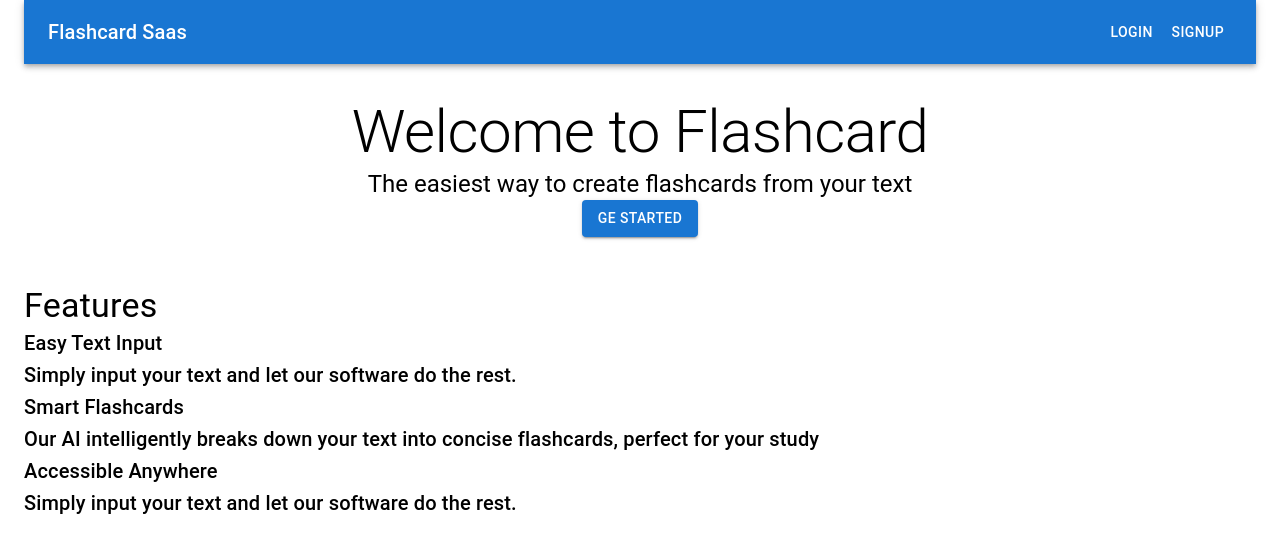
Repository: rakeshpuppala2590/AI-Flashcards-Stripe
Page: /
These files come from the project's save history. The page is drawn as it stood at one moment and after the next save; the edit follows.
The browser window is 1280 px wide. The pictures show the whole page.
The page's requests for data from a server got no answer. The project was rebuilt for these pictures with package versions that can differ from the ones it lists, and the page was loaded fresh each time. Some packages were replaced by stand-ins written for this rebuild. The framework's server and built-in components were replaced by stand-ins that run in the browser. No one was signed in, and anything a server would have sent is missing. Also part of the build but not shown: next.config.mjs.

Above is the page before, as saved 2024-08-12 14:53:48.

### src/app/page.js
import getStripe from "../../utils/get-stripe";
import { SignedIn, SignedOut, UserButton } from "@clerk/nextjs";
import Head from "next/head";
import {
  Grid,
  AppBar,
  Button,
  Container,
  Toolbar,
  Typography,
  Box,
} from "@mui/material";

export default function Home() {
  return (
    <Container maxWidth="100vW">
      <Head>
        <title>Flashcard Saas</title>
        <meta
          name="description"
          content="create flashcard from your text"
        ></meta>
      </Head>

      <AppBar position="static">
        <Toolbar>
          <Typography variant="h6" style={{ flexGrow: 1 }}>
            Flashcard Saas
          </Typography>
          <SignedOut>
            <Button color="inherit">Login</Button>
            <Button color="inherit">SignUp</Button>
          </SignedOut>
          <SignedIn>
            <Button>Logout</Button>
          </SignedIn>
        </Toolbar>
      </AppBar>

      <Box
        sx={{
          textAlign: "center",
          my: 4,
        }}
      >
        <Typography variant="h2">Welcome to Flashcard</Typography>
        <Typography variant="h5">
          {" "}
          The easiest way to create flashcards from your text
        </Typography>
        <Button variant="contained" color="primary">
          Ge Started
        </Button>
      </Box>
      <Box sx={{ my: 6 }}>
        <Typography variant="h4" components={"h2"}>
          Features
        </Typography>
        <Grid>
          <Grid item xs={12} md={4}>
            <Typography variant="h6">Easy Text Input</Typography>
            <Typography variant="h6"> </Typography>
            <Typography variant="h6">
              Simply input your text and let our software do the rest.
            </Typography>
          </Grid>
          <Grid item xs={12} md={4}>
            <Typography variant="h6">Smart Flashcards</Typography>
            <Typography variant="h6"> </Typography>
            <Typography variant="h6">
              Our AI intelligently breaks down your text into concise
              flashcards, perfect for your study
            </Typography>
          </Grid>
          <Grid item xs={12} md={4}>
            <Typography variant="h6">Accessible Anywhere</Typography>
            <Typography variant="h6"> </Typography>
            <Typography variant="h6">
              Simply input your text and let our software do the rest.
            </Typography>
          </Grid>
        </Grid>
      </Box>
    </Container>
  );
}

### utils/get-stripe.js
import { loadStripe } from "@stripe/stripe-js";
let stripePromise;
const getStripe = () => {
  if (!stripePromise) {
    stripePromise = loadStripe(process.env.NEXTJS_PUBLIC_STRIPE_PULIC_KEY);
  }
  return stripePromise;
};
export default getStripe;

Loaded but not shown: src/app/layout.js (common file); src/app/globals.css (common file); tailwind.config.js (common file)

After the next save:
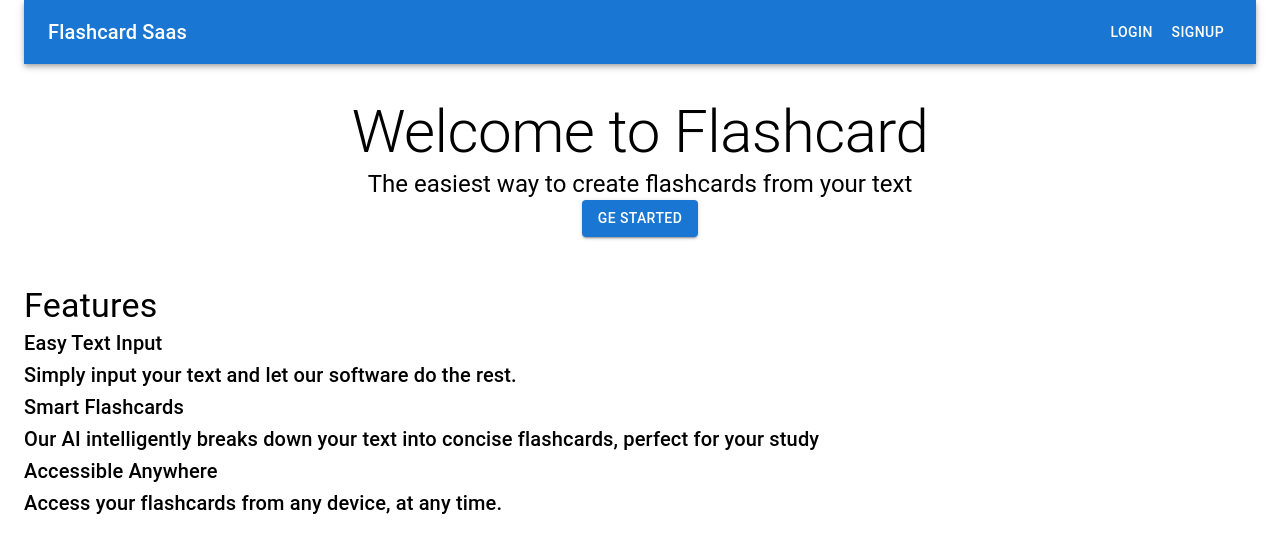
Saved 37 s later.
--- a/src/app/page.js
+++ b/src/app/page.js
@@ -76,7 +76,7 @@ export default function Home() {
             <Typography variant="h6">Accessible Anywhere</Typography>
             <Typography variant="h6"> </Typography>
             <Typography variant="h6">
-              Simply input your text and let our software do the rest.
+              Access your flashcards from any device, at any time.
             </Typography>
           </Grid>
         </Grid>
